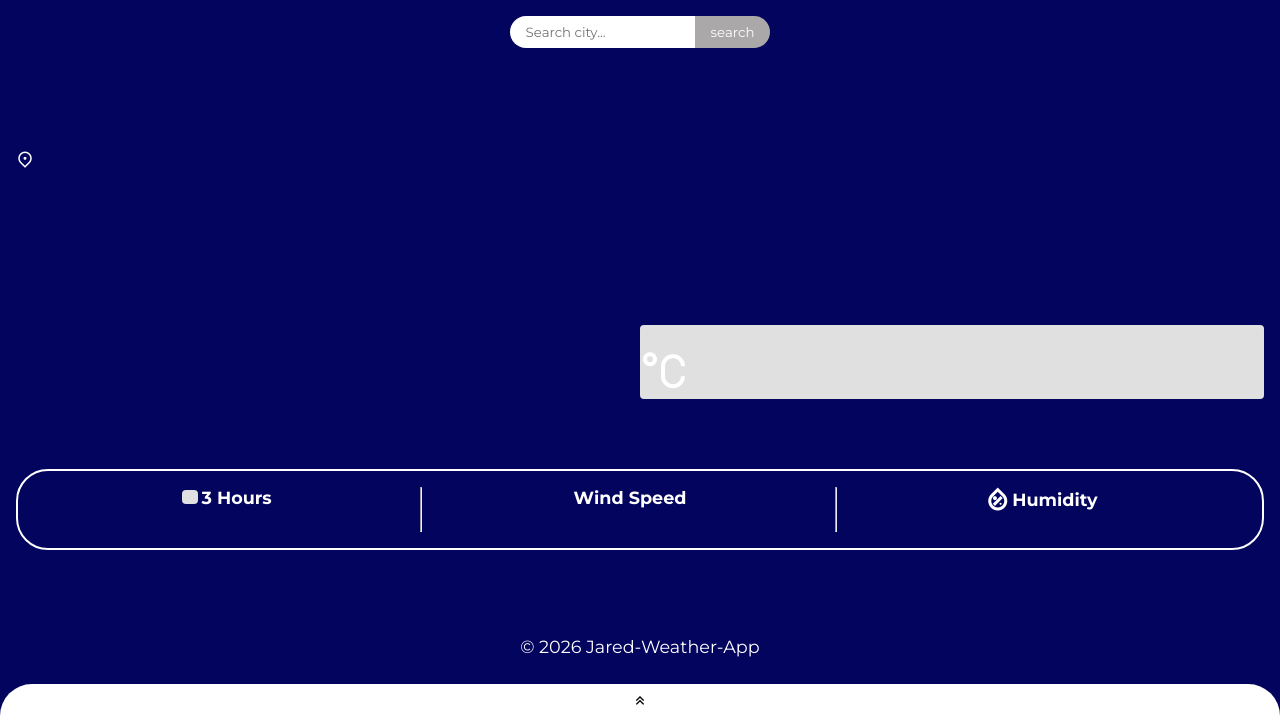
Repository: EguJaredoBoyd/Jared-Weather-App
Page: main.html
The author's editor kept a copy of each file at every save. The page is drawn from the files as they stood at one save, then again after the next save.
The browser window is 1280 px wide. The pictures show the whole page.
Some icons come from a web library that is not loaded, so they are not drawn. Some web libraries are served in a nearby version.

Above is the page before, as saved 2026-02-12 04:48:36.

### main.html
<!doctype html>
<html lang="en">
  <head>
    <meta charset="UTF-8" />
    <meta name="viewport" content="width=device-width, initial-scale=1.0" />
    <link rel="preconnect" href="https://fonts.googleapis.com" />
    <link rel="preconnect" href="https://fonts.gstatic.com" crossorigin />
    <link
      href="https://fonts.googleapis.com/css2?family=Montserrat:ital,wght@0,100..900;1,100..900&display=swap"
      rel="stylesheet"
    />
    <link
      href="https://cdn.jsdelivr.net/npm/remixicon@4.8.0/fonts/remixicon.css"
      rel="stylesheet"
    />
    <link rel="stylesheet" href="./css/styles.css" />
    <link rel="stylesheet" href="./css/skeleton-loading.css" />
    <script src="./js/main.js" defer></script>
    <script src="./js/weather.js" defer></script>
    <title>Jared-Weather-App</title>
  </head>
  <body class="weather-app">
    <div class="weather-app__container">
      <header>
        <div class="search-place">
          <input
            type="text"
            placeholder="Search city..."
            aria-label="Search city"
            id="search-input"
          />
          <button id="search-button">search</button>
        </div>
      </header>
      <main>
        <section class="current-weather">
          <div class="place-searched">
            <i class="ri-map-pin-2-line"></i>
            <div class="place-name">
              <h3 class="city-name skeleton skeleton-text"></h3>
              <h3 id="country-name" class="skeleton skeleton-text"></h3>
            </div>
          </div>
          <div class="date-today">
            <time
              datetime="2026-01-20"
              id="date-time"
              class="skeleton skeleton-text"
            ></time>
            <time
              datetime="10:45"
              id="current-time"
              class="skeleton skeleton-text"
            ></time>
          </div>
          <div class="place-temperature">
            <span
              class="place-temperature__measure skeleton skeleton-text"
              id="temp-measure"
            ></span>
            <span
              class="place-temperature__degree skeleton skeleton-text"
              id="place-degree"
              ><i class="ri-celsius-line"></i
            ></span>
          </div>
          <div class="place-forecast">
            <article class="forecast-item forecast-item--weather">
              <div>
                <img
                  src=""
                  alt=""
                  id="weather-icon"
                  class="skeleton skeleton-text"
                />
                <span>3 Hours</span>
              </div>
              <span
                id="weather-description"
                class="skeleton skeleton-text"
              ></span>
            </article>
            <hr />

            <article class="forecast-item forecast-item--wind">
              <div>
                <span><i class="ri-arrow-right-up-long-line"></i></span>
                <span>Wind Speed</span>
              </div>
              <span id="wind-speed" class="skeleton skeleton-text"></span>
            </article>
            <hr />

            <article class="forecast-item forecast-item--uv">
              <div>
                <span><i class="ri-water-percent-line"></i></span>
                <span>Humidity</span>
              </div>
              <span id="humidity" class="skeleton skeleton-text"></span>
            </article>
          </div>
        </section>
        <section class="swipe-section" aria-hidden="true" id="swipe-section">
          <!-- Slide for the hourly and daily forecast -->
          <button class="sheet-handle" id="sheet-handle" aria-expanded="false">
            <i class="ri-arrow-up-double-line" id="icon-handle"></i>
          </button>

          <div class="swipe-forecast">
            <!-- Pressure Forecast -->
            <article class="sheet-card pressure-forecast">
              <div class="weather-header">
                <span>Pressure</span>
                <span><i class="ri-sun-cloudy-line"></i></span>
              </div>
              <span id="weather-pressure" class="sheet-card__content">-</span>
            </article>

            <!-- Visibility and fog Forecast -->
            <article class="sheet-card visibility-forecast">
              <div class="weather-header">
                <span>Visibility</span>
                <span><i class="ri-foggy-fill"></i></span>
              </div>
              <span id="weather-visibility" class="sheet-card__content">-</span>
            </article>

            <!-- Maximum Temperature -->
            <article class="sheet-card maximum-temperature">
              <div class="weather-header">
                <span>Temperature Max</span>
                <span><i class="ri-sun-line"></i></span>
              </div>
              <div class="sheet-card__content">
                <span id="weather-temp-max">-</span>
                <span><i class="ri-celsius-line"></i></span>
              </div>
            </article>

            <!-- Minimum Temperature-->
            <article class="sheet-card minimum-temperature">
              <div class="weather-header">
                <span>Temperature Min</span>
                <span><i class="ri-cloudy-line"></i></span>
              </div>
              <div class="sheet-card__content">
                <span id="weather-temp-min">-</span>
                <span><i class="ri-celsius-line"></i></span>
              </div>
            </article>
          </div>
        </section>
      </main>
      <footer>
        <div><p>&copy; 2026 Jared-Weather-App</p></div>
      </footer>
    </div>
  </body>
</html>

### css/styles.css
/* ==== CSS RESET ==== */
*,
*::before,
*::after {
  margin: 0;
  padding: 0;
  box-sizing: border-box;
  /* outline: 1px solid red; */
}

:root {
  --background-color: #03045e;
  --text-color: white;
  --font: "Montserrat", sans-serif;
}

html {
  font-size: 16px;
  height: 100%;
}

body {
  background-color: var(--background-color);
  color: var(--text-color);
  height: 100%;
  font-family: var(--font);
}

p {
  font-size: clamp(0.5rem, 2.5vw, 1.1rem);
}

.weather-app__container {
  display: flex;
  flex-direction: column;
  min-height: 100dvh;
}

.search-place {
  display: flex;
  justify-content: center;
  padding: 1rem;
}

.search-place input {
  padding: 0.5rem 1rem;
  border: none;
  border-bottom-left-radius: 1rem;
  border-top-left-radius: 1rem;
  font-family: var(--font);
  outline: none;
}

.search-place button {
  border: none;
  border-top-right-radius: 1rem;
  border-bottom-right-radius: 1rem;
  padding: 0.5rem 1rem;
  font-family: var(--font);
  margin-left: -1rem;
  background: rgb(170, 168, 168);
  color: var(--text-color);
}

main {
  display: flex;
  flex-direction: column;
  padding: 1rem;
}

.current-weather {
  display: flex;
  flex-direction: column;
  justify-content: space-evenly;
  min-height: 75dvh;
}

.place-searched {
  display: flex;
  align-items: center;
  column-gap: 0.2rem;
  font-size: large;
}

.place-name {
  display: flex;
  align-items: center;
  column-gap: 0.2rem;
}

.city-name,
#country-name {
  font-size: clamp(0.5rem, 6vw, 1.5rem);
}

.date-today {
  font-size: clamp(0.5rem, 3vw, 0.8rem);
}

.place-temperature {
  display: flex;
  align-items: center;
  position: relative;
  margin-top: -1rem;
}

.place-temperature__measure {
  font-size: clamp(5rem, 38vw, 10rem);
  font-weight: 700;
  background: linear-gradient(to bottom, white, var(--background-color));
  -webkit-background-clip: text;
  background-clip: text;
  -webkit-text-fill-color: transparent;
  text-shadow: 0 2px 3px rgba(243, 235, 235, 0.3);
}

.place-temperature__degree {
  font-size: clamp(1.5rem, 20vw, 3rem);
  align-self: flex-start;
  padding-top: 1rem;
  font-size: clamp(1rem, 10vw, 3rem);
}

.place-forecast {
  display: flex;
  justify-content: space-evenly;
  border: 2px solid white;
  border-radius: 2rem;
  padding: 1rem;
}

.forecast-item div {
  display: flex;
  align-items: center;
  justify-self: start;
  column-gap: 0.2rem;
  font-size: clamp(0.5rem, 2vw, 1.1rem);
  font-weight: 700;
}

.forecast-item span {
  font-size: clamp(0.5rem, 2.5vw, 1.1rem);
}

.forecast-item div span i {
  font-size: clamp(0.25rem, 2.5vw, 1.5rem);
}

.forecast-item--weather div img {
  width: clamp(0.5rem, 2vw, 1rem);
  height: clamp(0.5rem, 2vh, 1rem);
}

/* Swipe section styles */

.swipe-section {
  position: fixed;
  min-height: 100dvh;
  top: 95%;
  right: 0;
  left: 0;
  transition: transform 2s ease;
  background-color: var(--text-color);
  color: var(--background-color);
  border-radius: 2rem;
}

.swipe-section.is-open {
  transform: translateY(-30%);
}

.no-scroll {
  overflow: hidden;
}

.swipe-section button {
  margin: 0.5rem auto;
  display: flex;
  justify-self: center;
  background: none;
  border: none;
}

.swipe-section button i {
  font-size: 1rem;
}

.swipe-forecast {
  display: grid;
  grid-template-columns: repeat(2, 1fr);
  justify-items: center;
}

.sheet-card {
  font-size: clamp(0.5rem, 2.5vw, 1.1rem);
  padding: 1rem;
  display: flex;
  flex-direction: column;
}

.sheet-card__content {
  align-self: center;
}

.weather-header {
  font-weight: 700;
  margin-bottom: 1rem;
}

footer div p {
  text-align: center;
}

### css/skeleton-loading.css
/* SKELETON LOADING STYLES */
.skeleton {
  background-image: linear-gradient(
    90deg,
    #e0e0e0 25%,
    #f5f5f5 37%,
    #e0e0e0 63%
  );
  border-radius: 4px;
  background-size: 200% 100%;
  animation: shimmer 1.4s ease infinite;
}

.skeleton-text {
  display: inline-block;
  width: 100%;
}

@keyframes shimmer {
  0% {
    background-position: 100% 0;
  }
  100% {
    background-position: -100% 0;
  }
}

### js/main.js
//Target all the buttons necessary
const swipeSection = document.getElementById("swipe-section");
const sheetHandle = document.getElementById("sheet-handle");
const iconHandle = document.getElementById("icon-handle");

//Create a function to handle swipe
function handleSwipe() {
  sheetHandle.addEventListener("click", () => {
    const isOpen = swipeSection.classList.toggle("is-open");

    //Add accessibilty and optimization
    swipeSection.setAttribute("aria-hidden", !isOpen);
    sheetHandle.setAttribute("aria-expanded", isOpen);

    //Statement to switch icons
    iconHandle.className = isOpen
      ? "ri-arrow-down-double-line"
      : "ri-arrow-up-double-line";

    //Add a class to handle the scroll
    document.body.classList.toggle("no-scroll");
  });
}

handleSwipe();

### js/weather.js
//My API key 56d08a907c0260865bb8f620502bfcbf
const WEATHER_API_KEY = "56d08a907c0260865bb8f620502bfcbf";

//Target my button and search input for city
const searchInput = document.getElementById("search-input");
const searchButton = document.getElementById("search-button");

//Target The innerHTMLs for manipulation of time elements
const cityName = document.querySelector(".city-name");
const countryName = document.getElementById("country-name");
const dateTime = document.getElementById("date-time");
const currentTime = document.getElementById("current-time");

//Target the innerHTMLs for manipulation of weather elements
const tempMeasure = document.getElementById("temp-measure");
const weatherIcon = document.getElementById("weather-icon");
const weatherDescription = document.getElementById("weather-description");
const windSpeed = document.getElementById("wind-speed");
const humidity = document.getElementById("humidity");
const weatherPressure = document.getElementById("weather-pressure");
const weatherVisibility = document.getElementById("weather-visibility");
const weatherTempMax = document.getElementById("weather-temp-max");
const weatherTempMin = document.getElementById("weather-temp-min");

//Target icons to switch class
const placeDegree = document.getElementById("place-degree");

//Create function to ask for weather app
async function fetchWeather(city) {
  try {
    const apiResponse = await fetch(
      `https://api.openweathermap.org/data/2.5/forecast?q=${city}&units=metric&appid=${WEATHER_API_KEY}`,
    );

    const apiData = await apiResponse.json();
    console.log(apiData);

    //Get the API weather city endpoints
    const countryCity = apiData.city;
    const cityDate = apiData.list[0];

    //Display the country in UI
    cityName.classList.remove("skeleton", "skeleton-text");
    cityName.textContent = `${city},`;
    countryName.classList.remove("skeleton", "skeleton-text");
    countryName.textContent = `${countryCity.country}`;

    //Get the API weather date endpoints
    const currentDateTime = cityDate.dt * 1000;
    const date = new Date(currentDateTime);
    const dateToday = date.toLocaleDateString("en-GB", {
      weekday: "short",
      month: "short",
      day: "numeric",
    });

    //Get time from new date
    function newDateTime() {
      const utcTime = Date.now();
      const timeZone = apiData.city.timezone;
      const cityTime = utcTime + timeZone * 1000;
      const cityDateTime = new Date(cityTime);

      const hours = cityDateTime.getUTCHours();
      const minutes = cityDateTime.getUTCMinutes();
      const seconds = cityDateTime.getUTCSeconds();

      //Display the date in the UI
      dateTime.classList.remove("skeleton", "skeleton-text");
      dateTime.textContent = `Today, ${dateToday},`;
      currentTime.classList.remove("skeleton", "skeleton-text");
      currentTime.textContent = `${hours}:${minutes.toString().padStart(2, "0")}:${seconds.toString().padStart(2, "0")}`;
    }

    newDateTime();

    //Function to get weather details
    function getWeatherForecast() {
      const temperature = Math.round(apiData.list[0].main.temp);
      tempMeasure.classList.remove("skeleton", "skeleton-text");
      placeDegree.classList.remove("skeleton", "skeleton-text");
      tempMeasure.textContent = `${temperature}`;

      const description = apiData.list[0].weather[0].description;
      weatherDescription.classList.remove("skeleton", "skeleton-text");
      weatherDescription.textContent = `${description}`;

      const getIcon = apiData.list[0].weather[0].icon;
      weatherIcon.classList.remove("skeleton", "skeleton-text");
      weatherIcon.src = `https://openweathermap.org/img/wn/${getIcon}@2x.png`;
      weatherIcon.alt = `${description}`;

      const getWindSpeed = apiData.list[0].wind.speed;
      const getWindSpeedKMH = Math.round(getWindSpeed * 3.6);
      windSpeed.classList.remove("skeleton", "skeleton-text");
      windSpeed.textContent = `${getWindSpeedKMH} km/h`;

      const getHumidity = apiData.list[0].main.humidity;
      humidity.classList.remove("skeleton", "skeleton-text");
      humidity.textContent = `${getHumidity} %`;

      //Swipe Section
      const pressure = apiData.list[0].main.pressure;
      weatherPressure.textContent = `${pressure} hPa`;

      const visibility = apiData.list[0].visibility / 1000;
      weatherVisibility.textContent = `${visibility} km`;

      const tempMax = Math.round(apiData.list[0].main.temp_max);
      weatherTempMax.textContent = `${tempMax}`;

      const tempMin = Math.round(apiData.list[0].main.temp_min);
      weatherTempMin.textContent = `${tempMin}`;
    }

    getWeatherForecast();

    //Update date every minute
    setInterval(() => {
      newDateTime();
    }, 1000);
  } catch (error) {
    console.error(`Fail to fetch: ${error.message}`);
    console.error(error);
  }
}

//Search for city
searchButton.addEventListener("click", () => {
  const city = searchInput.value.trim();
  if (!city) return;

  fetchWeather(city);
});

After the next save:
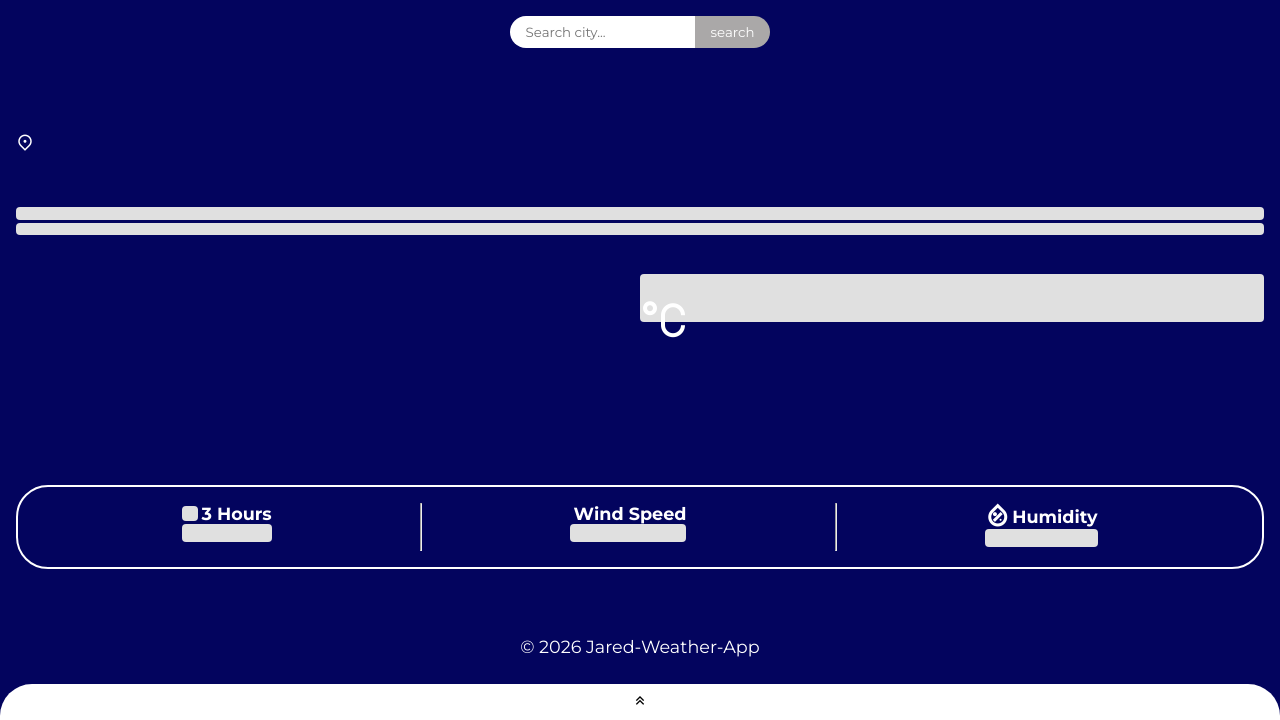
Saved 46 s later.
--- a/css/skeleton-loading.css
+++ b/css/skeleton-loading.css
@@ -14,6 +14,7 @@
 .skeleton-text {
   display: inline-block;
   width: 100%;
+  height: 1em;
 }
 
 @keyframes shimmer {

After the save that followed:
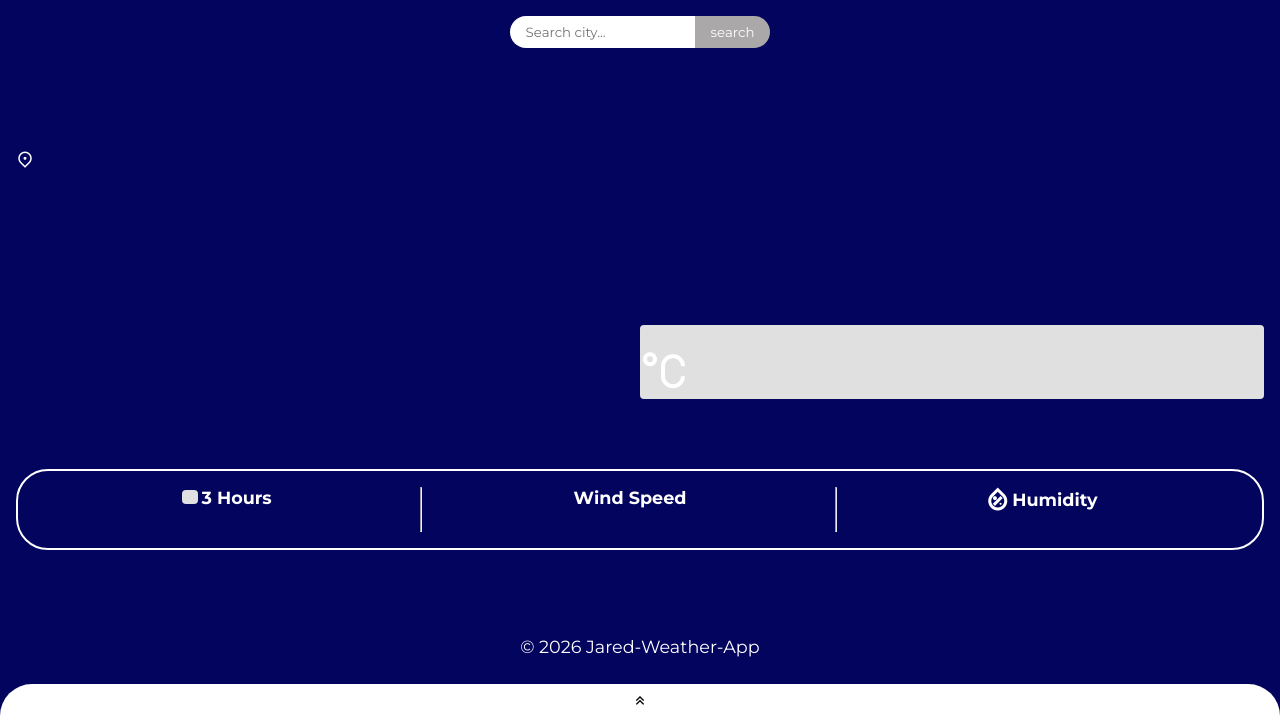
Saved 24 s later.
--- a/css/skeleton-loading.css
+++ b/css/skeleton-loading.css
@@ -14,7 +14,7 @@
 .skeleton-text {
   display: inline-block;
   width: 100%;
-  height: 1em;
+  height: auto;
 }
 
 @keyframes shimmer {
